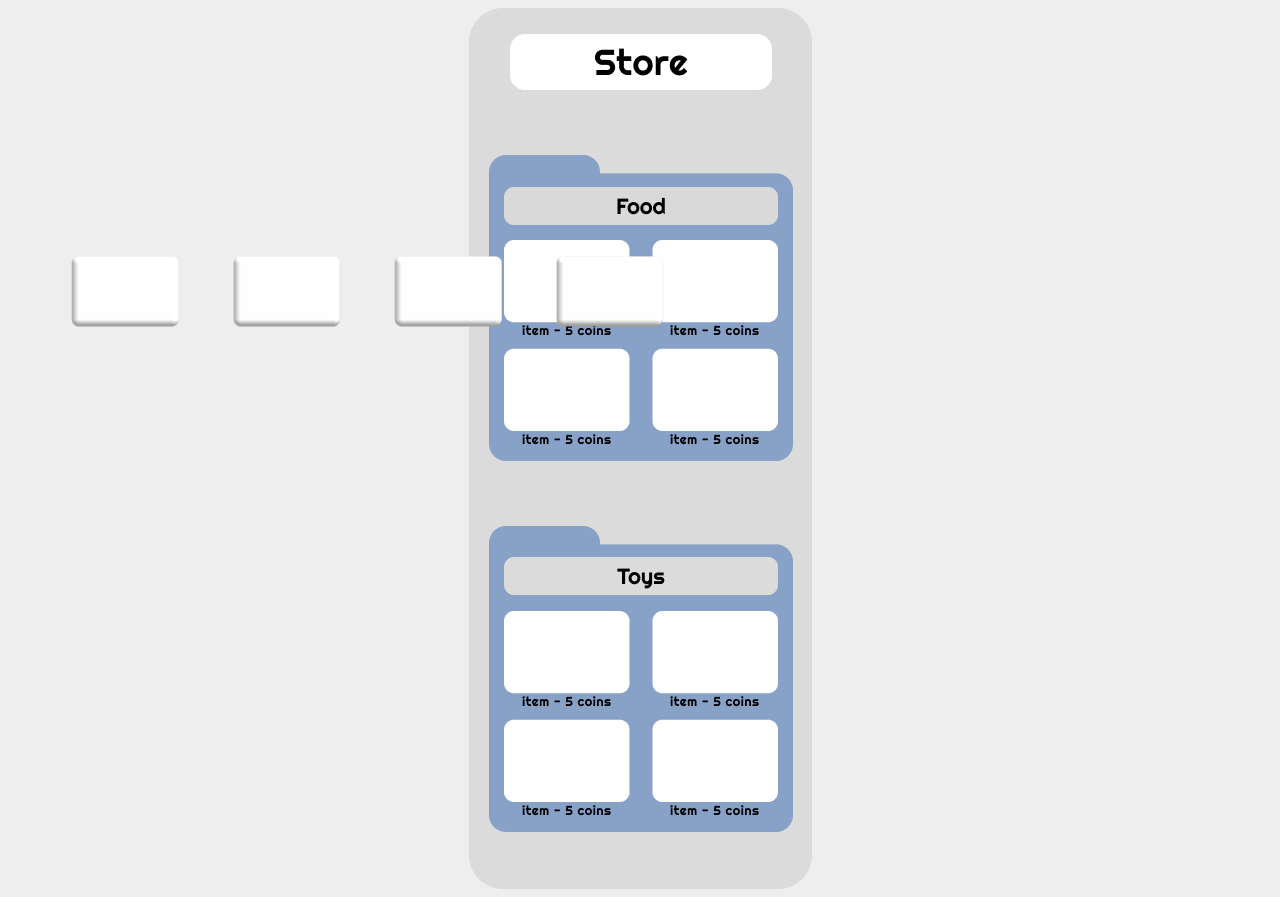
Repository: alemunden/Trash-Scavengers
Page: /ScrappyStore
These files come from the project's save history. The page is drawn as it stood at one moment and after the next save; the edit follows.
The browser window is 1280 px wide. The pictures show the whole page.
The project was rebuilt for these pictures with package versions that can differ from the ones it lists, and the page was loaded fresh each time. The framework's server and built-in components were replaced by stand-ins that run in the browser. Also part of the build but not shown: next.config.mjs.

Above is the page before, as saved 2024-04-28 14:46:34.

### pages/ScrappyStore.js
import styles from '@/styles/ScrappyStore.module.css'
import Image from 'next/image'

export default function ScrappyStore() {
    return(
        <>
        <div className={styles.store}>
            <div className={styles.foodItems}>
                <Image src={'/storeitem.png'} width={153.6} height={73.1}/>
                <Image src={'/storeitem.png'} width={153.6} height={73.1}/>
                <Image src={'/storeitem.png'} width={153.6} height={73.1}/>
                <Image src={'/storeitem.png'} width={153.6} height={73.1}/>
            </div>
            <Image src={'/storebackground.png'} width={343} height={881}/>
        </div>
        </>
    )
}

### styles/globals.css
:root {
    --white: #eee;
    --black: #000;
    --light-green: #B4E88C;
    --light-blue: #9EBAE5;
    --light-gray: #c5c5c5;
    --light-yellow: #F3CD70;
    --light-pink: #F3D9D9;
    --medium-green: #429600;
    --gold: #ED9F26;

}

html, body {
    overflow-x: hidden;
    background-color: var(--white);
  }

main {
    padding: 1rem;
  }

li {
    list-style-type: none;
    cursor: pointer;
    margin: 1rem;
    width: 100%;
    padding: 0.5rem;
    color: #000105;
    background-color: var(--light-blue);
    border-radius: 1rem;
    border-bottom: 6px solid #7893bb;
    font-family: "Righteous", sans-serif;
    text-align: center;
    font-size: 1.5rem;
  }

.liHover:hover {
    background-color: #7893bb;
    columns: #fff;
}

.liSelected {
    color: #fff;
    background-color: #000925;
}

### styles/ScrappyStore.module.css
.store {
    display: flex;
    justify-content: center;
}

.foodItems {
    position: absolute;
    display: flex;
    flex-direction: row;
    flex-wrap: wrap;
    top: 16rem;
    left: 3rem;
    column-gap: 0.5rem;
    row-gap: 1rem;
}

Loaded but not shown: pages/_app.js (common file); pages/_document.js (common file)

After the next save:
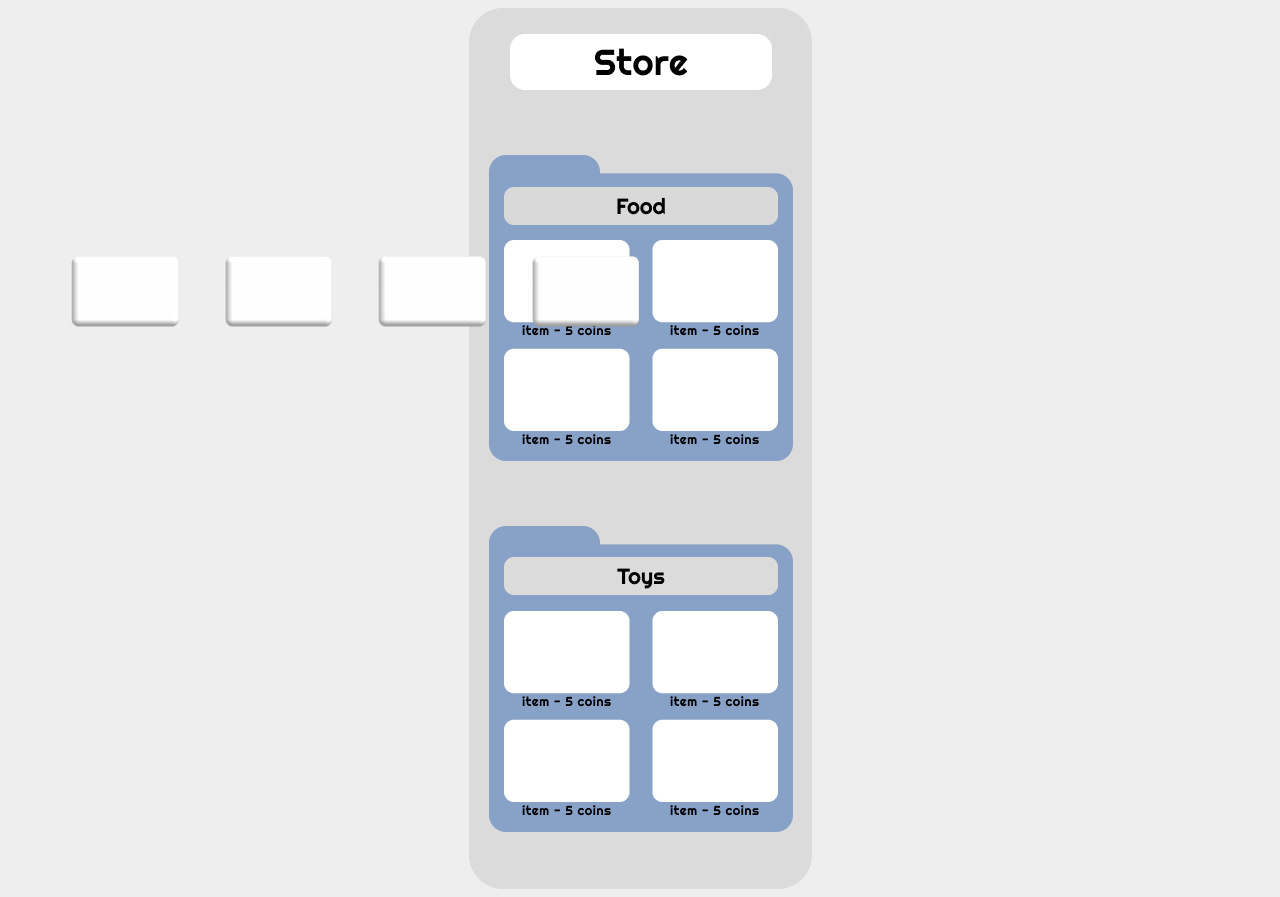
Saved 6 s later.
--- a/styles/ScrappyStore.module.css
+++ b/styles/ScrappyStore.module.css
@@ -10,6 +10,6 @@
     flex-wrap: wrap;
     top: 16rem;
     left: 3rem;
-    column-gap: 0.5rem;
+    column-gap: 0rem;
     row-gap: 1rem;
 }
